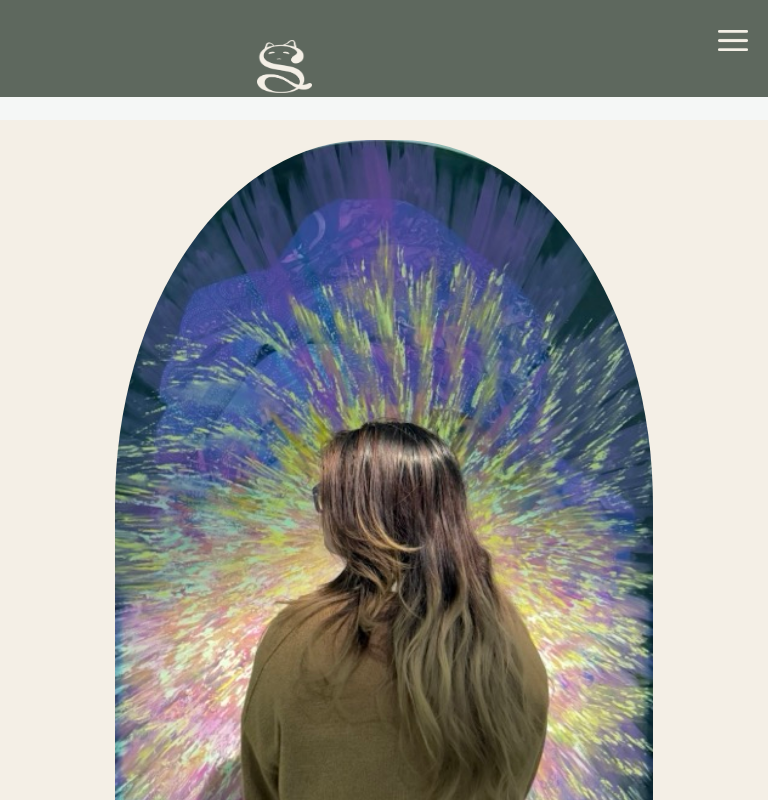
Repository: SandyLy453/portfolio
Page: /
These files come from the project's save history. The page is drawn as it stood at one moment and after the next save; the edit follows.
The browser window is 768 px wide. The pictures show the whole page.
An inner scrolling area shows only its first screen. The project was rebuilt for these pictures with package versions that can differ from the ones it lists, and the page was loaded fresh each time. The framework's server and built-in components were replaced by stand-ins that run in the browser. Also part of the build but not shown: next.config.mjs, modules/Footer/Footer.module.css, modules/Footer/Footer.js, modules/ProjectCard/ProjectCard.module.css, modules/ProjectCard/Projectcard.js.

Above is the page before, as saved 2025-02-17 17:17:38.

After the next save:
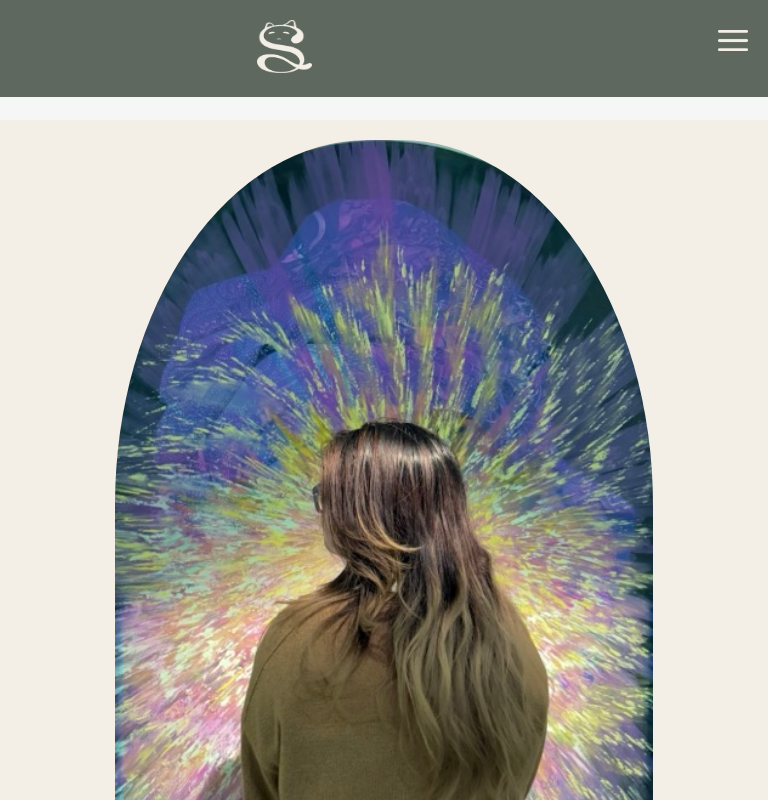
Saved 5 s later.
--- a/modules/Header/Header.module.css
+++ b/modules/Header/Header.module.css
@@ -103,7 +103,7 @@
 
     .logo {
         position: relative;
-        top: 10px;
+        top: 0px;
         left: -50px;
     }
 }
